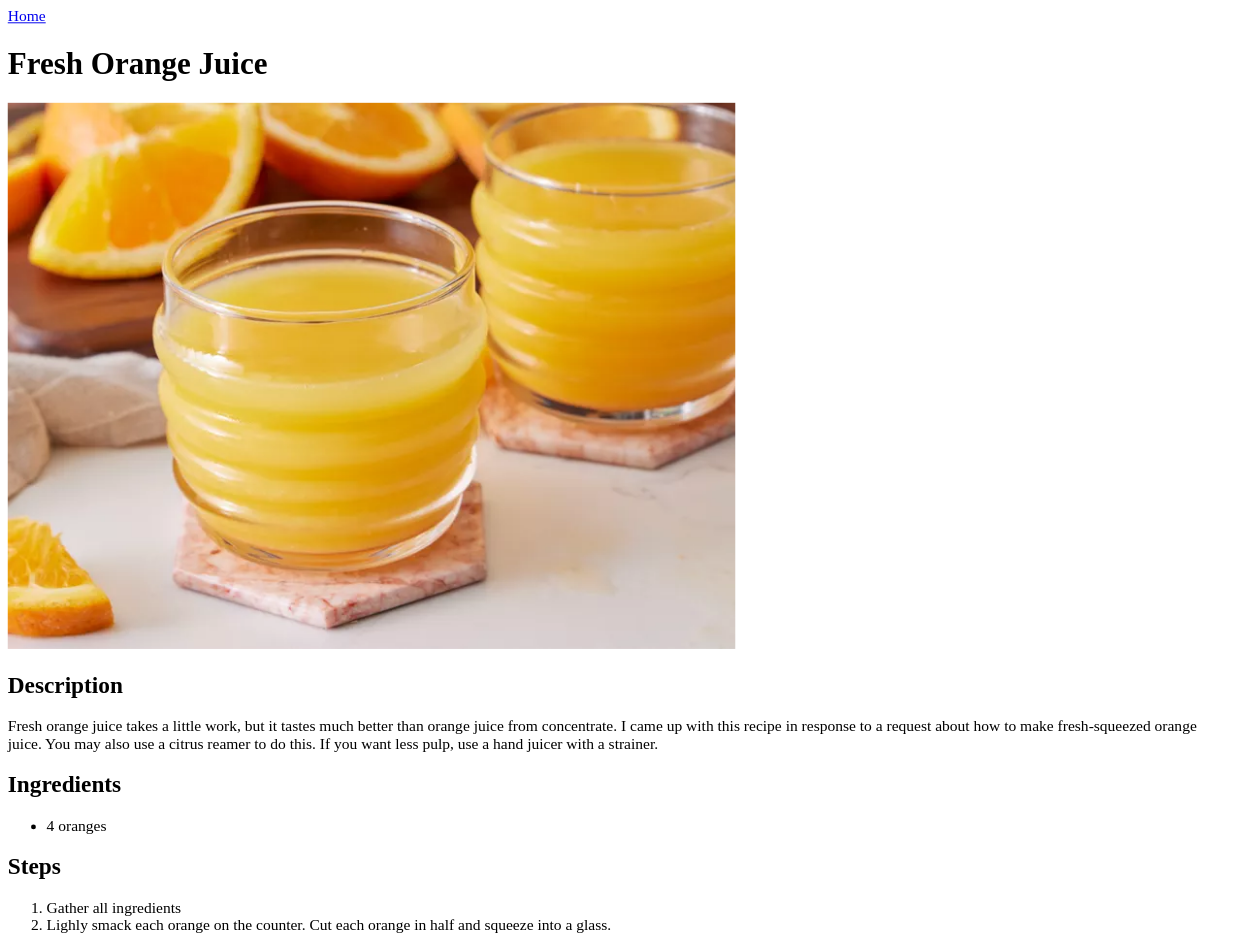
Repository: itsDevAK/odin-recipes
Page: recipes/orange-juice.html
These files come from the project's save history. The page is drawn as it stood at one moment and after a run of saves; the edit follows.
The browser window is 1280 px wide. The pictures show the whole page, at 97% of full size.

Above is the page before, as saved 2026-09-17 13:29:52.

### recipes/orange-juice.html
<!DOCTYPE html>
<html lang="en">
<head>
    <meta charset="UTF-8">
    <meta name="viewport" content="width=device-width, initial-scale=1.0">
    <title>Fresh Orange Juice</title>
</head>
<body>
    <a href="../index.html">Home</a>
    <h1>Fresh Orange Juice</h1>
    <img src="../images/orange-juice.webp" alt="">
    <h2>Description</h2>
    <p>Fresh orange juice takes a little work, but it tastes much better than orange juice from concentrate. I came up with this recipe in response to a request about how to make fresh-squeezed orange juice. You may also use a citrus reamer to do this. If you want less pulp, use a hand juicer with a strainer.</p>
    <h2>Ingredients</h2>
    <ul>
        <li>4 oranges</li>
    </ul>
    <h2>Steps</h2>
    <ol>
        <li>Gather all ingredients</li>
        <li>Lighly smack each orange on the counter. Cut each orange in half and squeeze into a glass.</li>
    </ol>
</body>
</html>

After the next 2 saves:
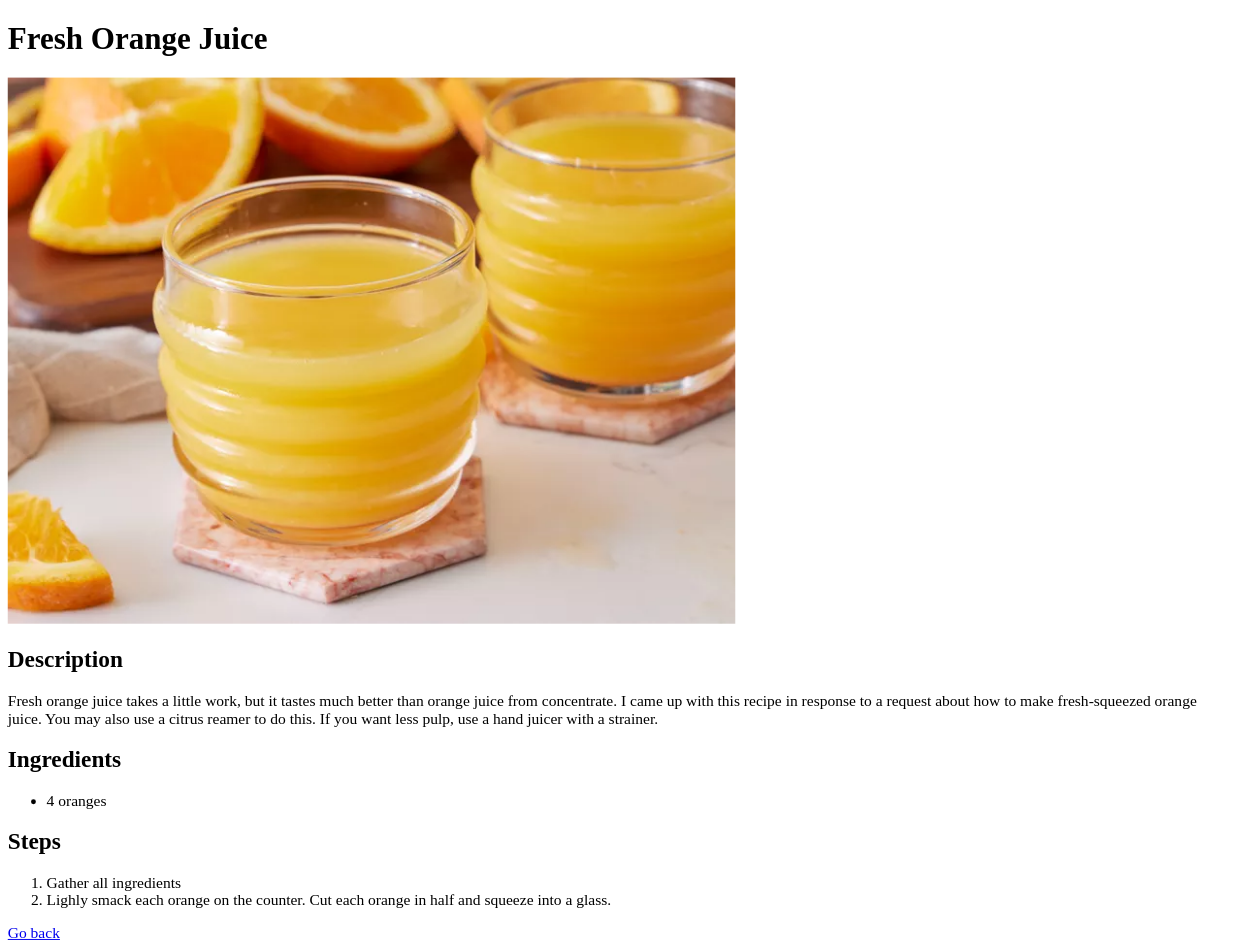
The 2 saves are shown as one change because they came seconds apart.
The last was saved 16 s later.
--- a/recipes/orange-juice.html
+++ b/recipes/orange-juice.html
@@ -6,7 +6,6 @@
     <title>Fresh Orange Juice</title>
 </head>
 <body>
-    <a href="../index.html">Home</a>
     <h1>Fresh Orange Juice</h1>
     <img src="../images/orange-juice.webp" alt="">
     <h2>Description</h2>
@@ -20,5 +19,6 @@
         <li>Gather all ingredients</li>
         <li>Lighly smack each orange on the counter. Cut each orange in half and squeeze into a glass.</li>
     </ol>
+            <a href="../index.html">Go back</a>
 </body>
 </html>
